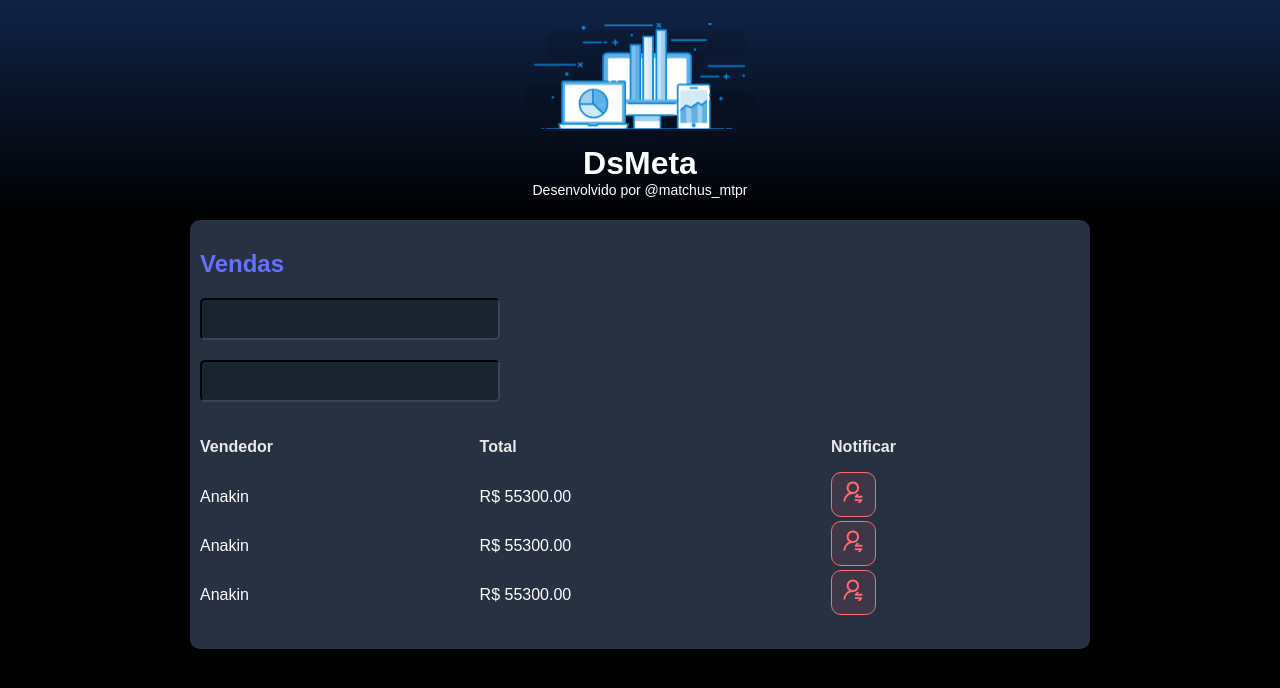
Repository: MatheusAlvesPereiraRosa/ds-meta
Page: index.html
The author's editor kept a copy of each file at every save. The page is drawn from the files as they stood at one save, then again after the next save.
The browser window is 1280 px wide. The pictures show the whole page.

Above is the page before, as saved 2022-09-05 16:28:37.

After the next save:
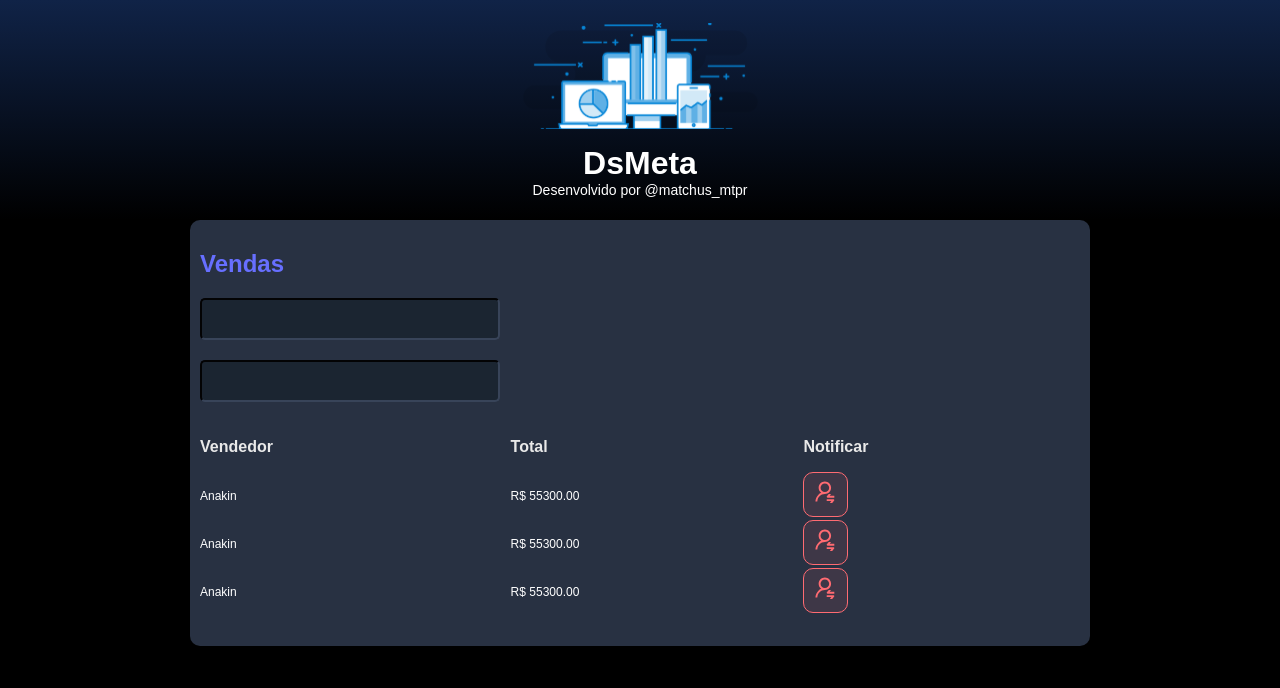
Saved 23 s later.
--- a/styles.css
+++ b/styles.css
@@ -91,8 +91,9 @@ a, a:hover, a:visited {
 }
 
 .dsmeta-sales-table tbody{
-    font-weight: 12px;
-    font
+    font-weight: 400;
+    font-size: 12px;
+    height: 74px;
 }
 
 .dsmeta-form-control-container {
